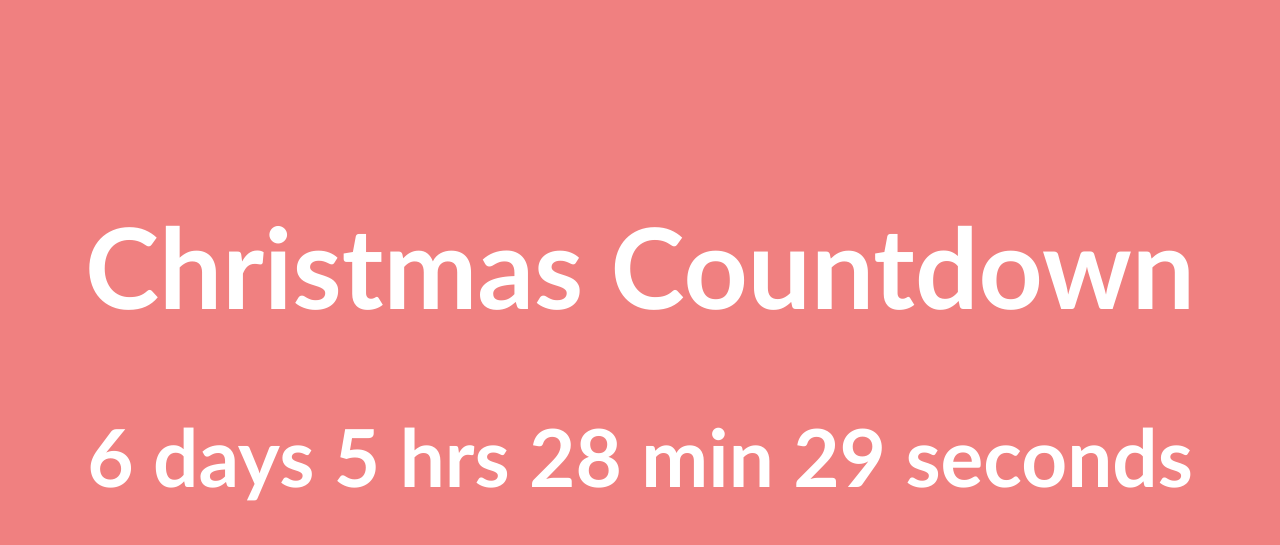
Repository: notMaximilian/countdown-timer
Page: index.html
These files come from the project's save history. The page is drawn as it stood at one moment and after a run of saves; the edit follows.
The browser window is 1280 px wide. The pictures show the whole page.

Above is the page before, as saved 2021-12-18 18:57:51.

After the next 2 saves:
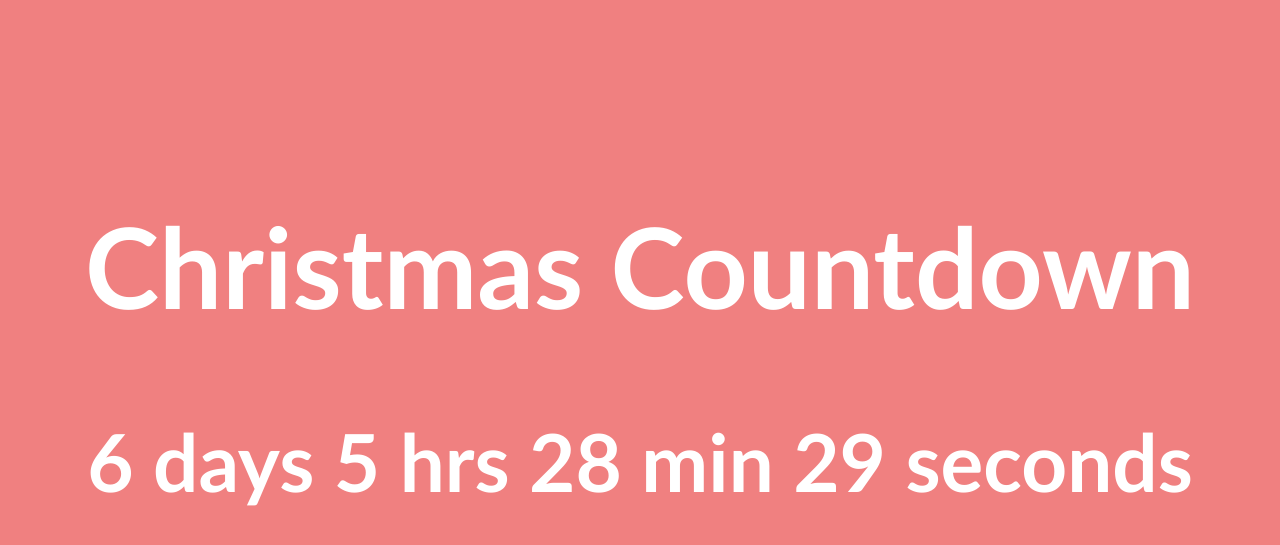
The 2 saves are shown as one change because they came seconds apart.
The last was saved 18 s later.
--- a/styles.css
+++ b/styles.css
@@ -8,6 +8,7 @@ body{
 #main-text{
     font-size: 700%;
     padding-top: 15%;
+    padding-bottom: 5px;
 }
 
 #time-left{
